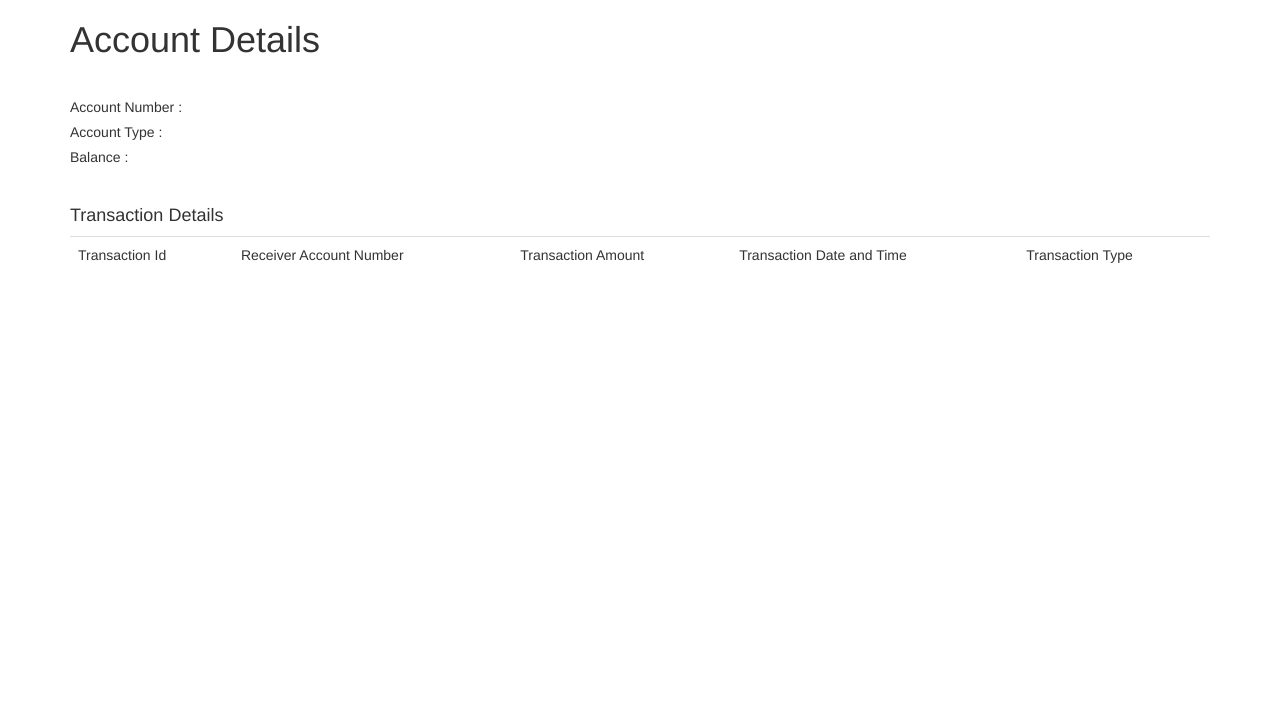
Repository: Shubham-Gawade/SpringHibernateTraining
Page: http://localhost/xorbankonline/WEB-INF/pages/showaccount.jsp
An editor plug-in stored every save of this project. The page is shown before and after the next save, followed by the edit.
The browser window is 1280 px wide. The pictures show the whole page.
The page is served by Tomcat 9. Nobody is signed in. Other server files are loaded and not shown. The template is opened directly, without the code that normally fills it, so the values that code supplies are empty.

Above is the page before, as saved 2021-10-07 03:31:01.

### xorbankonline/src/main/webapp/WEB-INF/pages/showaccount.jsp
<%@ page language="java" contentType="text/html; charset=ISO-8859-1"
    pageEncoding="ISO-8859-1"%>
<%@taglib uri="http://java.sun.com/jsp/jstl/core" prefix="c"%>
<!DOCTYPE html>
<html>
<head>
<meta charset="ISO-8859-1">
<title>Insert title here</title>
<link rel="stylesheet" href="https://maxcdn.bootstrapcdn.com/bootstrap/3.3.7/css/bootstrap.min.css">
</head>
<body  class="container">
<h1>Account Details</h1>
	<br>
	<h5>Account Number : ${account.accountNumber}</h5>
	<h5>Account Type : ${account.accountType}</h5>
	<h5>Balance : ${account.balance}</h5>
	<br>
	<h4>Transaction Details</h4>
	<table class="table">
		<tr>
			<td>Transaction Id</td>
			<td>Receiver Account Number</td>
			<td>Transaction Amount </td>
			<td>Transaction Date and Time</td>
			<td>Transaction Type</td>
		</tr>
		<c:forEach items="${account.transactions}" var="transaction">
			<tr>
				<td>${transaction.transactionId}</td>
				<td>${transaction.receiverAccountNumber}</td>
				<td>${transaction.transactionAmount}</td>
				<td>${transaction.transactionDate}</td>
				<td>${transaction.transactionType}</td>
			</tr>
		</c:forEach>
	</table>
</body>
</html>

After the next save:
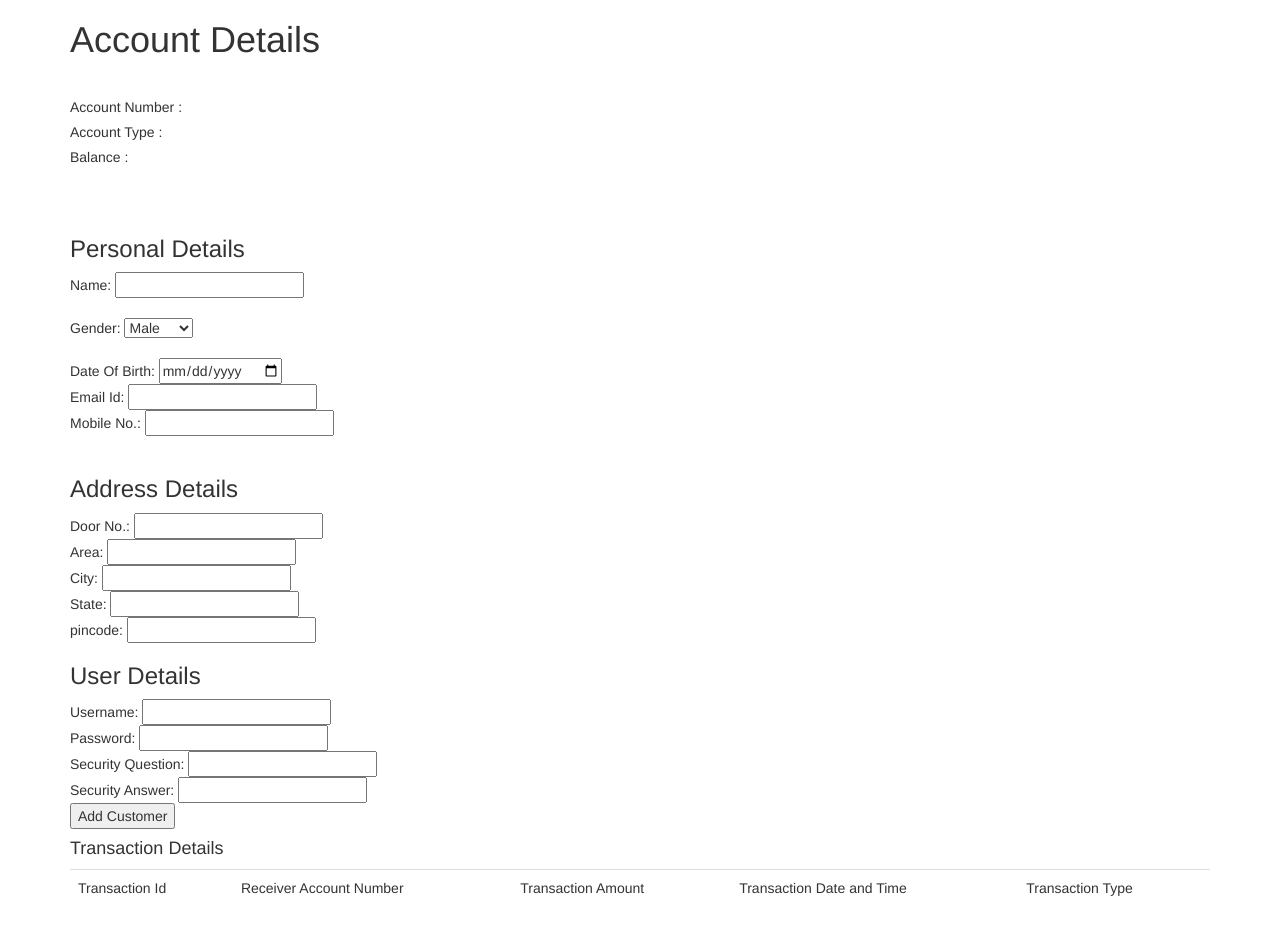
Saved 61 s later.
--- a/xorbankonline/src/main/webapp/WEB-INF/pages/showaccount.jsp
+++ b/xorbankonline/src/main/webapp/WEB-INF/pages/showaccount.jsp
@@ -1,6 +1,7 @@
 <%@ page language="java" contentType="text/html; charset=ISO-8859-1"
     pageEncoding="ISO-8859-1"%>
 <%@taglib uri="http://java.sun.com/jsp/jstl/core" prefix="c"%>
+<%@ taglib prefix="form" uri="http://www.springframework.org/tags/form" %>
 <!DOCTYPE html>
 <html>
 <head>
@@ -15,6 +16,36 @@
 	<h5>Account Type : ${account.accountType}</h5>
 	<h5>Balance : ${account.balance}</h5>
 	<br>
+
+	<form:form action="addcustomer" method="post" modelAttribute="customerObj">
+		<br/>
+		<h3>Personal Details</h3>
+		Name: <form:input path="personName" type="text"/><br/><br/>
+		Gender:
+		<select name="gender">
+		  <option value="MALE">Male</option>
+		  <option value="FEMALE">Female</option>
+		</select><br/><br/>
+		Date Of Birth: <input name="dateOfBirth" type="date"/><br/>
+		Email Id: <form:input path="emailId" type="email"/><br/>
+		Mobile No.: <form:input path="mobileNo" type="number"/><br/>
+
+		<br/>
+		<h3>Address Details</h3>
+		Door No.: <form:input path="address.doorNo" type="text"/><br/>
+		Area: <form:input path="address.area" type="text"/><br/>
+		City: <form:input path="address.city" type="text"/><br/>
+		State: <form:input path="address.state" type="text"/><br/>
+		pincode: <form:input path="address.pincode" type="text"/><br/>
+
+		<h3>User Details</h3>
+		Username: <form:input path="user.userName" type="text"/><br/>
+		Password: <form:input path="user.password" type="password"/><br/>
+		Security Question: <form:input path="user.securityQuestion" type="text"/><br/>
+		Security Answer: <form:input path="user.securityAnswer" type="text"/><br/>
+		<input type="submit" value="Add Customer"/>
+	</form:form>
+
 	<h4>Transaction Details</h4>
 	<table class="table">
 		<tr>
